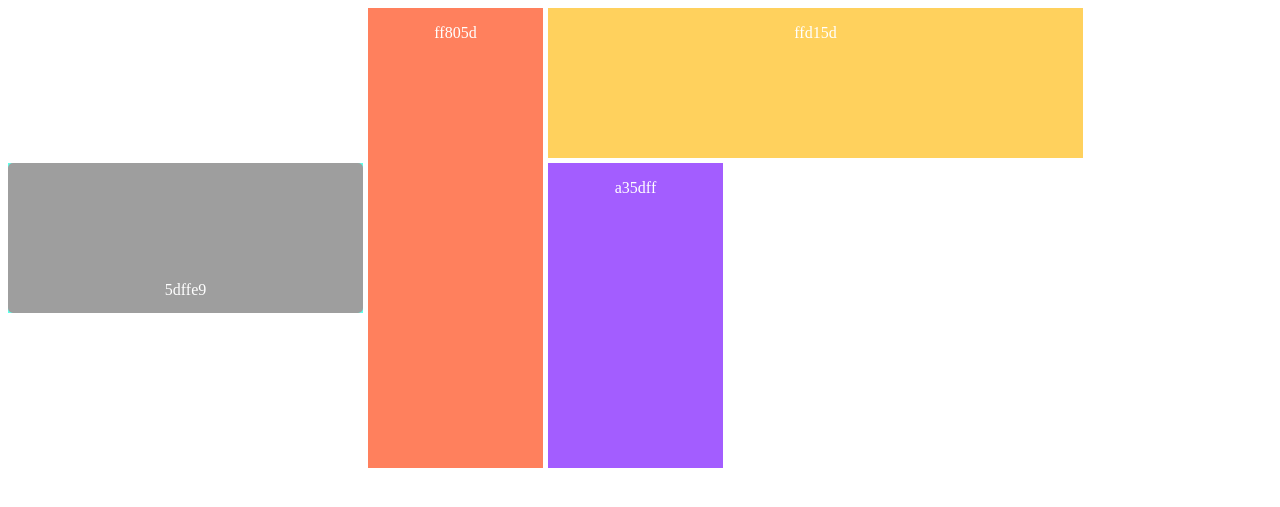
Repository: YoussefElsaygh/metrostyle
Page: index.html
These files come from the project's save history. The page is drawn as it stood at one moment and after the next save; the edit follows.
The browser window is 1280 px wide. The pictures show the whole page.
Pictures or frames that could not be fetched are drawn as grey boxes.

Above is the page before, as saved 2019-12-16 03:57:39.

### index.html
<!DOCTYPE html>
<html lang="en">
<head>
    <meta charset="UTF-8">
    <meta name="viewport" content="width=device-width, initial-scale=1.0">
    <meta http-equiv="X-UA-Compatible" content="ie=edge">
    <link  type="text/css" rel="stylesheet" href="index.css"/>

    <title>MetroStyle Colors</title>
</head>
<body>
 <div class="wrapper" id="wrapper"></div>
</body>
<script src="index.js"></script>
</html>

### index.css
.wrapper {
    overflow-x: scroll;
    overflow-y: hidden;
    width: 100%;
    display: grid;
    grid-gap: 5px;
    grid-template-columns:repeat(10,175px);
    grid-template-rows:repeat(3, 150px);
  }

### index.js
var scoperows=3;
var scopecols=1;
var scopeimages=[{
    type: 2,
    align:'horizontal',

    data: {
        imageSource:"https://cdn.motor1.com/images/mgl/vEJmQ/s4/bmw-i8-m-rendering.jpg",
        clickCallback: () => {
            console.log("item clicked ");
        },
        backgroundStyle: {
            backgroundColor: "#5dffe9"
        },
        text: {
            label: "5dffe9",
            textStyle: {
                color: "white"
            }
        },
    },
},
{
    type: 3,
    align:'vertical',

    data: {
        backgroundStyle: {
            backgroundColor: "#ff805d"
        },
        clickCallback: () => {
            console.log("item clicked ");
        },
        text: {
            label: "ff805d",
            textStyle: {
                color: "White"
            }
        }

    }},{
        type: 3,
        align:'horizontal',

        data: {
            backgroundStyle: {
                backgroundColor: "#ffd15d"
            },
            clickCallback: () => {
                console.log("item clicked ");
            },

            text: {
                label: "ffd15d",
                textStyle: {
                    color: "White"
                }
            }

        }},{
            type: 2,
            align:'vertical',

            data: {

                clickCallback: () => {
                    console.log("item clicked ");
                },
                backgroundStyle: {
                    backgroundColor: "#a35dff"
                },
                text: {
                    label: "a35dff",
                    textStyle: {
                        color: "White"
                    }
                }

            }}]

                var scopegridView = new Array(scoperows);
                            for (let i = 0; i < scopegridView.length; i++) {
                                scopegridView[i] = new Array(scopecols);
                                for (let j = 0; j < scopegridView[i].length; j++) {
                                    scopegridView[i][j] = 0;
                                }
                            }

                            for (let i = 0; i < scopeimages.length; i++) {
                                draw(scopeimages[i]);
                            }

            function setStyle(elem, propertyObject) {
                for (var property in propertyObject)
                    elem.style[property] = propertyObject[property];
            }

            function populateDataInField({row, col, img, divStyle, imageStyle}) {
                 if(img.align=='horizontal') {
                    for (let i = 0; i < img.type; i++) {
                        scopegridView[row][col + i] = 1;
                    }
                }
                else{
                    for (let i = 0; i < img.type; i++) {
                        scopegridView[row + i][col] = 1;
                    }
                }

                let div = document.createElement("DIV");
                let image = document.createElement("IMG");
                let paragraph = document.createElement("P");

                setStyle(div, divStyle);

                if (img.data) {
                    div.onclick = img.data.clickCallback;
                    setStyle(div, img.data.backgroundStyle);
                    if (img.data.imageSource) {
                        /**
                         * In case of full block image
                         * @type {string}
                         */
                        image.src = img.data.imageSource;
                        image.onerror = function() {
                            if(img.data.imageErrSrc){
                            image.src = img.data.imageErrSrc;
                            }

                        }

                        setStyle(image, {
                            maxWidth: "100%",
                            height: "100%",
                            width: "100%",
                            objectFit: "cover",
                            objectPosition:'100% 20%',
                            borderRadius:"5px"

                        });
                        setStyle(image, imageStyle);
                        div.appendChild(image);
                        if (img.data.text && img.data.text.label) {
                            setStyle(paragraph, {
                                position: "relative",
                                top: "-52px",
                                wordBreak: 'break-word'
                            });
                        }
                    } else {
                        /**
                         * In case of small icon only
                         */
                        if (img.data.icon && img.data.icon.iconSource) {
                            image.src = img.data.icon.iconSource;
                            setStyle(image, {
                                maxWidth: "50%",
                                padding: "10px"
                            });
                            setStyle(image, img.data.icon.iconStyle);
                            div.appendChild(image);
                            if (img.data.text && img.data.text.label) {
                                // setStyle(paragraph, {
                                //   paddingTop: ""
                                // });
                            }
                        }
                    }
                    if (img.data.text) {
                        if (img.data.text.label) {
                            paragraph.innerHTML = img.data.text.label;

                            setStyle(paragraph, {
                                textAlign: "center"
                            });
                            setStyle(paragraph, img.data.text.textStyle);

                            div.appendChild(paragraph);
                        }
                    }
                }
                document.getElementById("wrapper").appendChild(div);
            }

            function compareRowArray(col, row, gridView, type) {
                if (type == 0) {
                    return true;
                } else {
                    return (
                        gridView[row + type - 1][col] == 0 &&
                        compareRowArray(col, row, gridView, type - 1)
                    );
                }
            }

            function compareColArray(col, row, gridView, type) {
                if (type == 0) {
                    return true;
                } else {
                    return (
                        gridView[row][col + type - 1] == 0 &&
                        compareColArray(col, row, gridView, type - 1)
                    );
                }
            }

            function addColumn(var_rows, var_cols, gridView) {
                for (let i = 0; i < scoperows; i++) {
                    gridView[i].push(0);
                }
                scopecols++;
            }

            /**
             * return true in case there is no available row
             * @returns {boolean}
             */
            function rowCheckAvaialble(row, type) {
                return row < scoperows - type + 1;
            }

            /**
             * return true in case there is no available column
             * @returns {boolean}
             */
            function colCheckAvaialble(col, type) {
                return col < scopecols - type + 1;
            }

            function checkAvailableSinglePlace() {
                for (var i = 0; i < scoperows; i++) {
                    for (var j = 0; j < scopecols; j++) {
                        if (scopegridView[i][j] == 0) {
                            return true;
                        }
                    }
                }
                return false;
            }

            function checkAvailableVerticalPlace(type) {
                for (let i = 0; i < scoperows; i++) {
                    for (let j = 0; j < scopecols; j++) {
                        if (i + type - 1 < scoperows)
                            if (compareRowArray(j, i, scopegridView, type)) {
                                return true;
                            }
                    }
                }
                return false;
            }

            function checkAvailableTripleHorizontalPlace(type) {
                for (let i = 0; i < scoperows; i++) {
                    for (let j = 0; j < scopecols; j++) {
                        if (j + type - 1 < scopecols)
                            if (compareColArray(j, i, scopegridView, type)) {
                                return true;
                            }
                    }
                }
                return false;
            }

            function rowPopulation({row, col, img}) {
                populateDataInField({
                    row,
                    col,
                    img,
                    divStyle: {
                        gridColumnStart: col + 1,
                        gridColumnEnd: col + 2,
                        gridRowStart: row + 1,
                        gridRowEnd: row + img.type + 1
                        // borderRadius:'5px'
                    }
                });
            }

            function colPopulation({row, col, img}) {
                populateDataInField({
                    row,
                    col,
                    img,
                    divStyle: {
                        gridColumnStart: col + 1,
                        gridColumnEnd: col + 1 + img.type,
                        gridRowStart: row + 1,
                        gridRowEnd: row + 2
                        // borderRadius:'5px'

                    }
                });
            }

            function draw(img) {
                outer_loop: for (let col = 0; col < scopecols; col++) {
                    for (let row = 0; row < scoperows; row++) {
                        switch (img.align) {
                            case 'vertical':
                                case undefined:

                                if (checkAvailableVerticalPlace(img.type)) {
                                    if (rowCheckAvaialble(row, img.type) && compareRowArray(col, row, scopegridView, img.type)) {
                                        rowPopulation({row, col, img});
                                        break outer_loop;
                                    }

                                } else {
                                    addColumn(scoperows, scopecols, scopegridView);
                                }

                                break;
                            case 'horizontal':
                                if (checkAvailableTripleHorizontalPlace(img.type)) {
                                    if (colCheckAvaialble(col, img.type) && compareColArray(col, row, scopegridView, img.type)) {
                                        colPopulation({row, col, img});
                                        break outer_loop;
                                    }

                                } else {
                                    addColumn(scoperows, scopecols, scopegridView);
                                }
                                break;
                                default:
                                        if (
                                                    scopegridView[row][col] != 0 &&
                                                    !checkAvailableSinglePlace()
                                                ) {
                                                    addColumn(scoperows, scopecols, scopegridView);
                                                    break;
                                                }

                                                if (scopegridView[row][col] == 0) {
                                                    scopegridView[row][col] = 1;
                                                    populateDataInField({
                                                        row,
                                                        col,
                                                        img,
                                                        divStyle: {
                                                            gridColumnStart: col + 1,
                                                            gridColumnEnd: col + 2,
                                                            gridRowStart: row + 1,
                                                            gridRowEnd: row + 2
                                                            // borderRadius:'5px',

                                                        }
                                                    });

                                                    break outer_loop;
                                                }
                                    break;
                        }
                    }
                }
            }

After the next save:
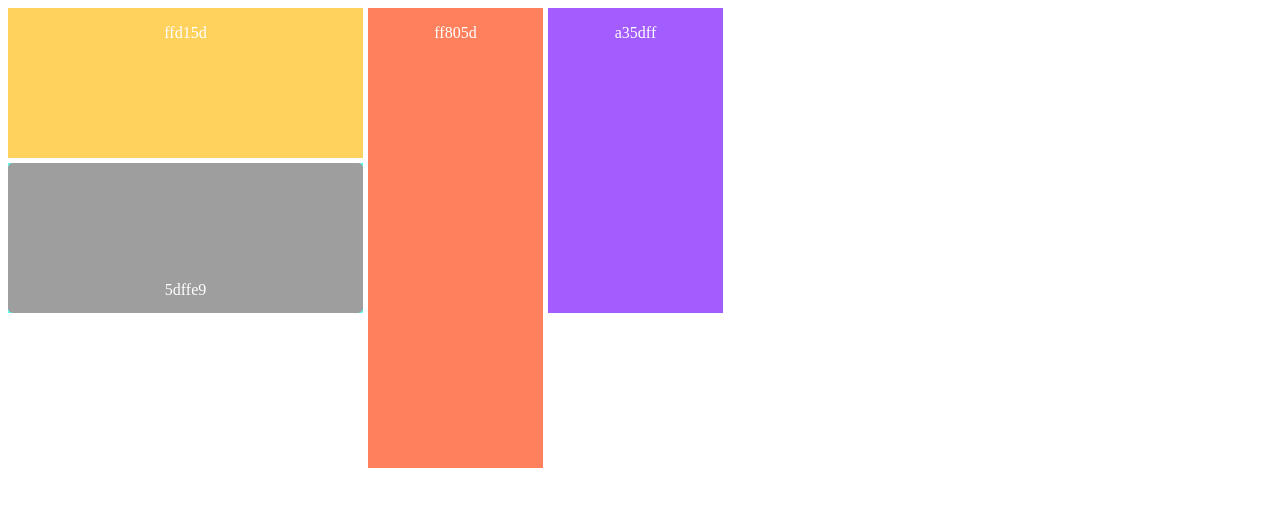
Saved 13 min 35 s later.
--- a/index.js
+++ b/index.js
@@ -39,7 +39,7 @@
         }
 
     }},{
-        type: 3,
+        type: 2,
         align:'horizontal',
 
         data: {
